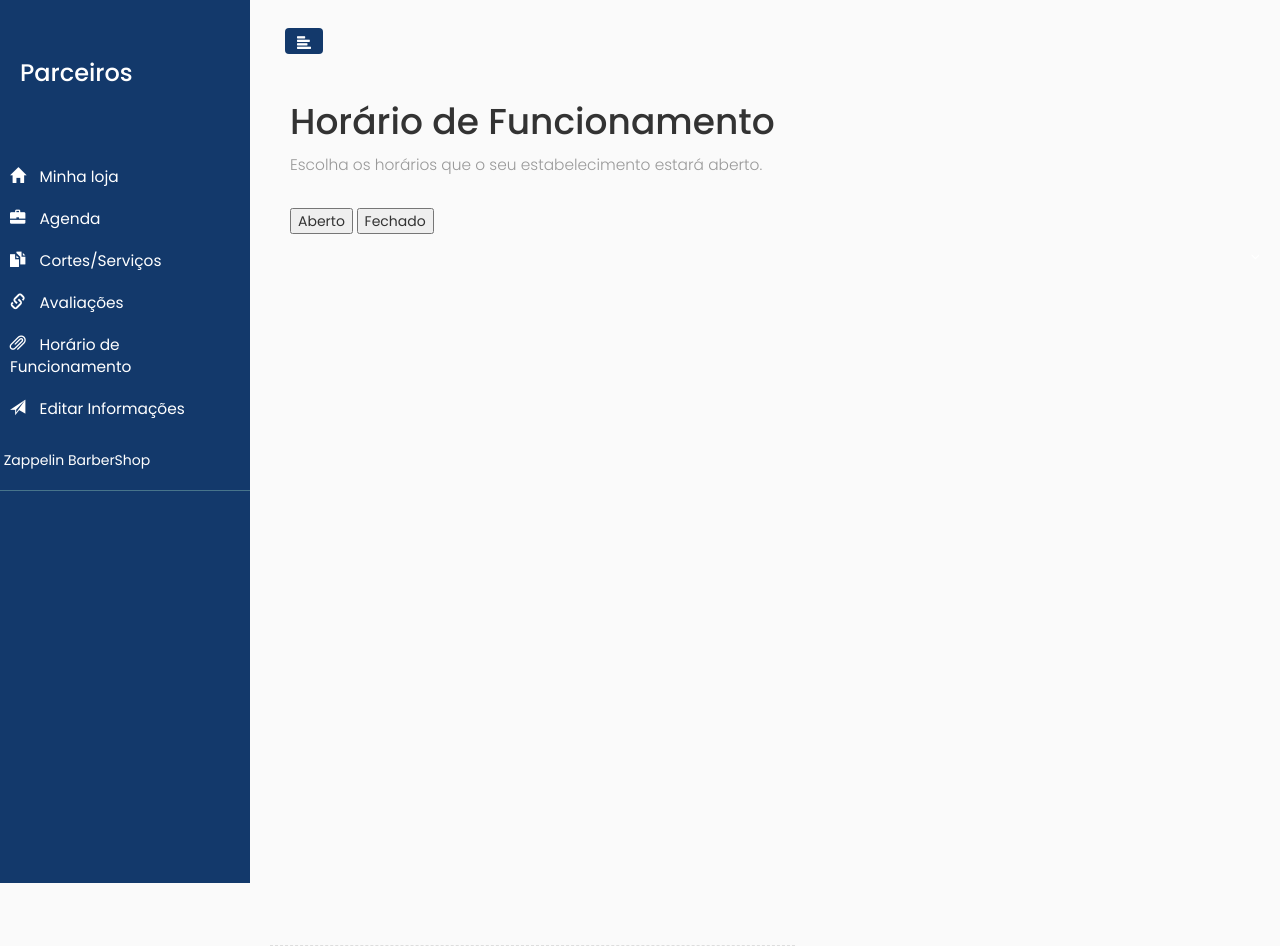
Repository: aquilesascar/barberconnect
Page: http://localhost/avaliacoes.php
The author's editor kept a copy of each file at every save. The page is drawn from the files as they stood at one save, then again after the next save.
The browser window is 1280 px wide. The pictures show the whole page.
The page is run by PHP 8.4 with error messages shown; the project is at /var/www/html/.

Above is the page before, as saved 2023-10-10 10:00:21.

After the next save:
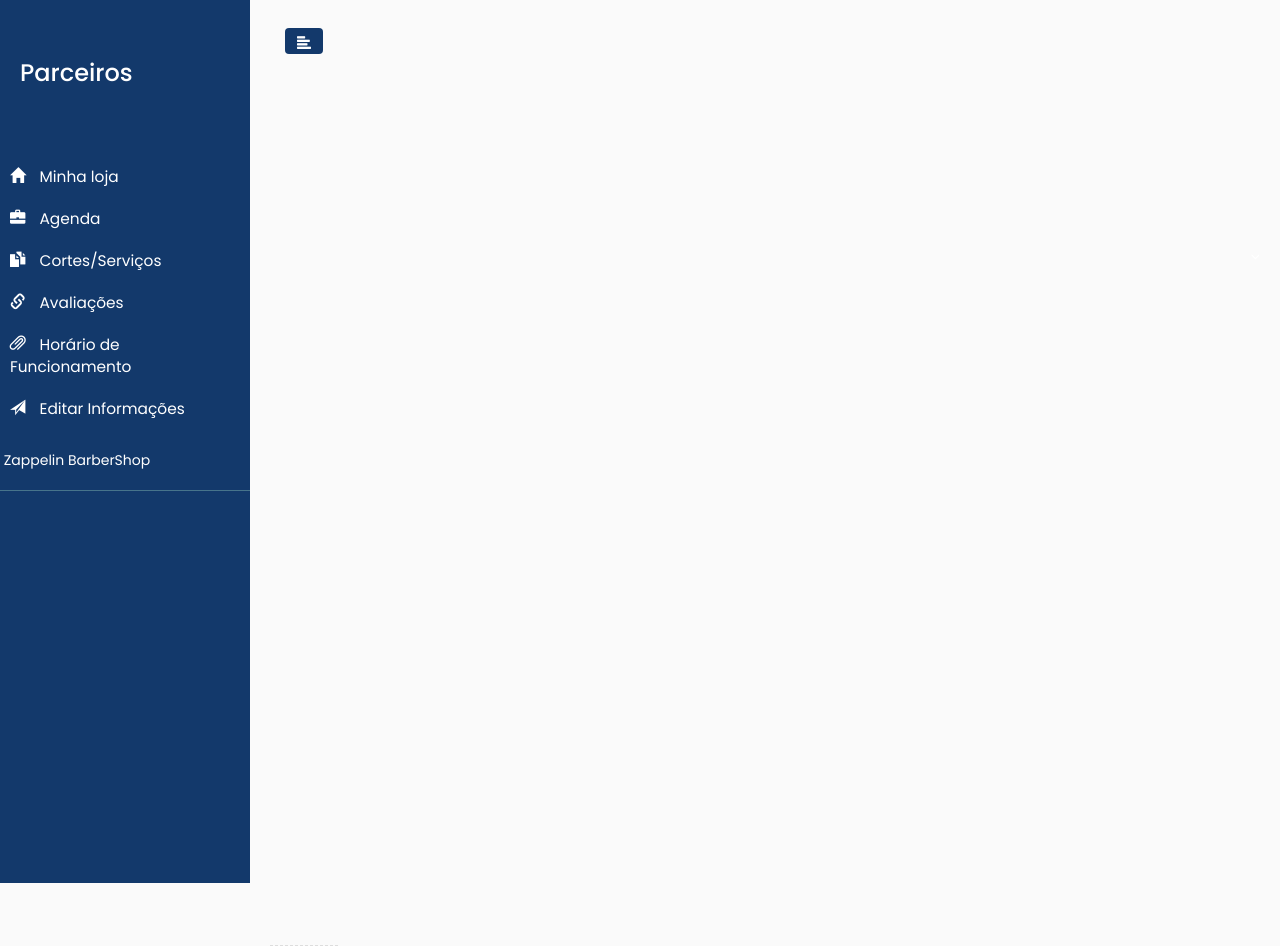
Saved 5 s later.
--- a/avaliacoes.php
+++ b/avaliacoes.php
@@ -48,16 +48,6 @@
                     ?>
                     <div id="content">
 
-                        <h1>Horário de Funcionamento</h1>
-                        <p>Escolha os horários que o seu estabelecimento estará aberto.</p>
-                        <br>
-
-                        <button id="botao1" onclick="selecionarBotao(1)">Aberto</button>
-
-                        <button id="botao2" onclick="selecionarBotao(2)">Fechado</button>
-
-
-
 
                     </div>
                 </div>
